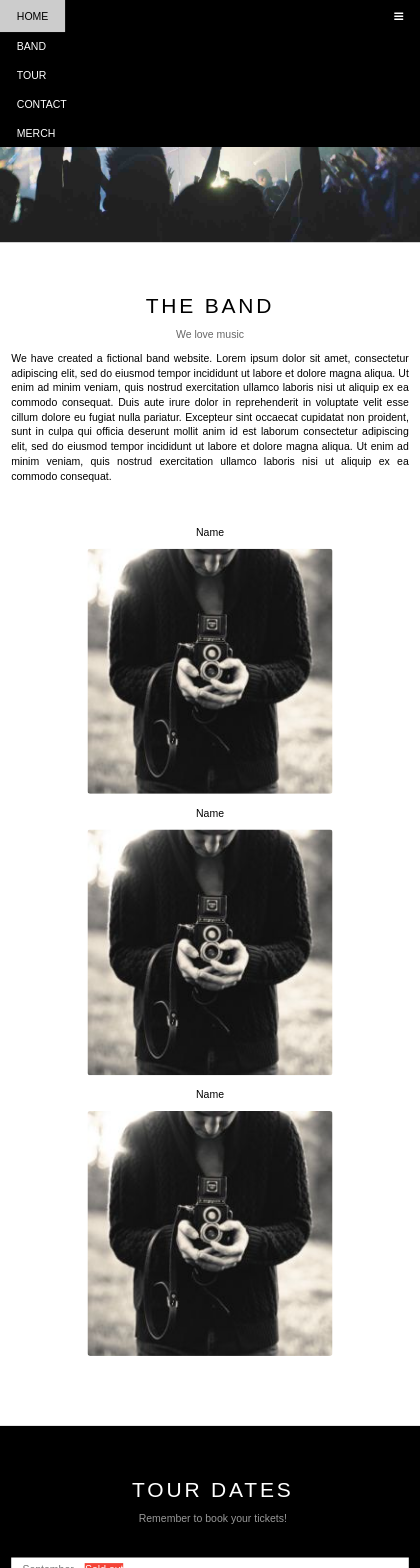
Repository: nguyenhoang2002062929/band
Page: index.html
The author's editor kept a copy of each file at every save. The page is drawn from the files as they stood at one save, then again after the next save.
The browser window is 600 px wide. The pictures show the part of the page from y = 0 to 2240 px (the page is 4642 px tall), at 70% of full size.
The first `.nav-checked-mobile` is checked.

Above is the page before, as saved 2023-06-12 21:09:54.

After the next save:
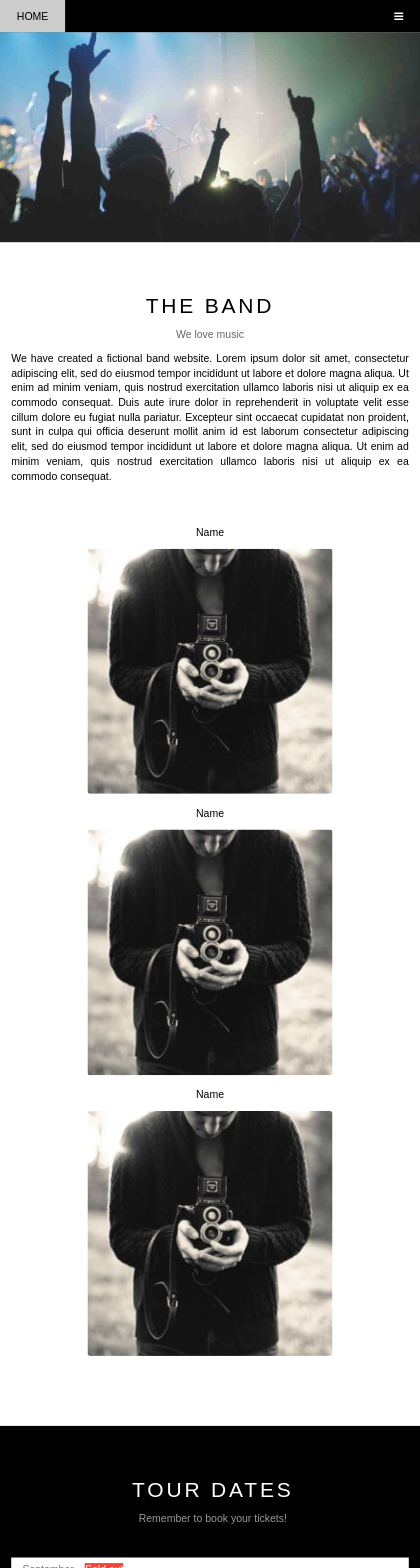
Saved 35 s later.
--- a/assets/css/style.css
+++ b/assets/css/style.css
@@ -536,9 +536,7 @@
     .text-description{
         display: none;
     }
-    .nav-checked-mobile:checked ~ .nav-mobile{
-        display: block;
-    }
+
 }
 /* tatble */
 @media screen and (min-width:740px) and (max-width:1023px) {

After the save that followed:
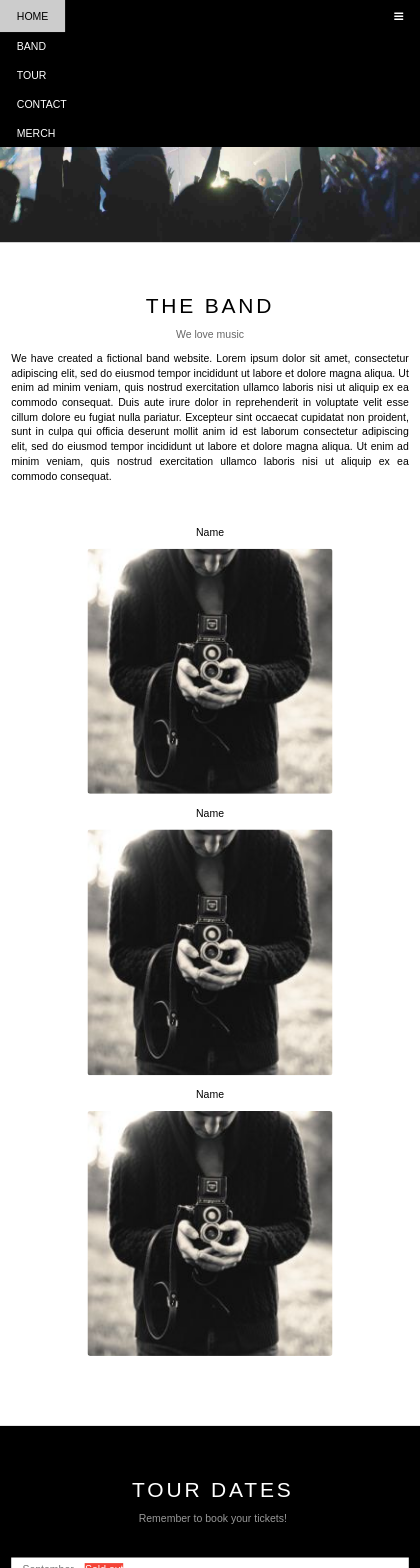
Saved 7 s later.
--- a/assets/css/style.css
+++ b/assets/css/style.css
@@ -536,7 +536,9 @@
     .text-description{
         display: none;
     }
-
+    .nav-checked-mobile:checked ~ .nav-mobile{
+        display: block;
+    }
 }
 /* tatble */
 @media screen and (min-width:740px) and (max-width:1023px) {
